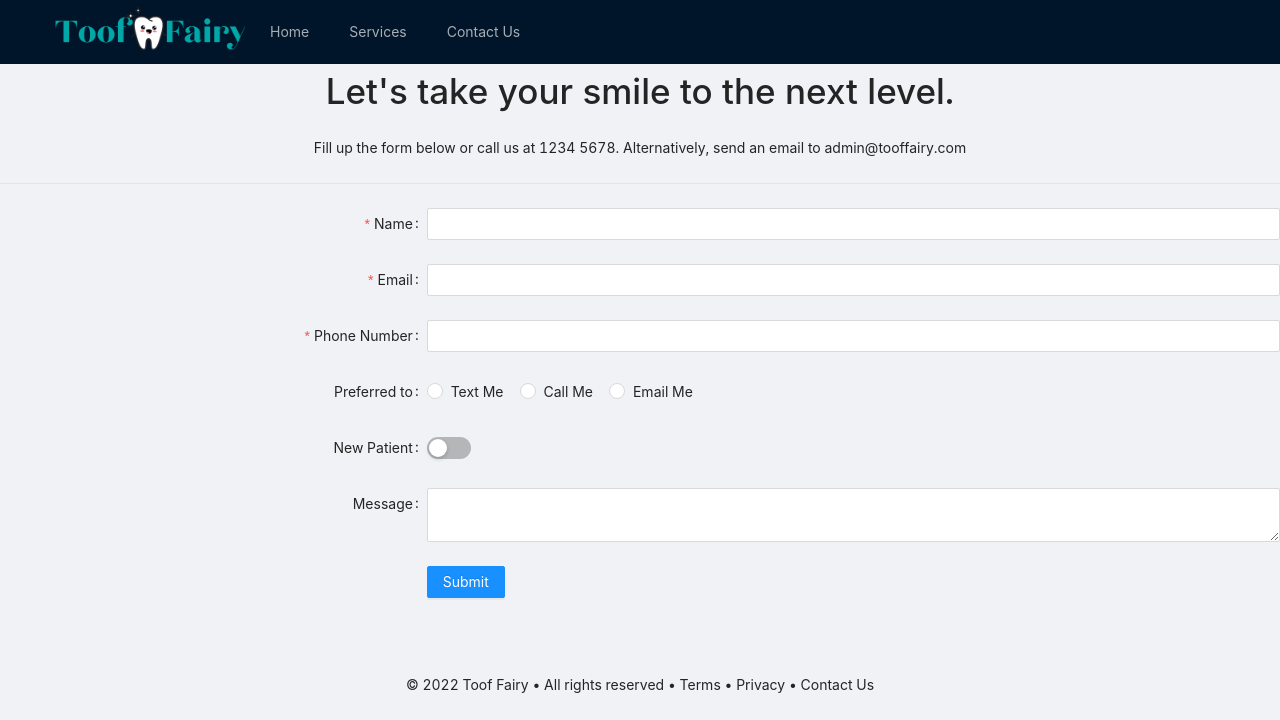
Repository: neldad1/dentist-app
Page: /contact
These files come from the project's save history. The page is drawn as it stood at one moment and after the next save; the edit follows.
The browser window is 1280 px wide. The pictures show the whole page.
The project was rebuilt for these pictures with package versions that can differ from the ones it lists, and the page was loaded fresh each time. Also part of the build but not shown: src/components/Home.jsx, src/components/Services/ToofImg.jsx, src/components/Services/Cosmetic.jsx, src/components/Services/Restorative.jsx, src/components/Services/Preventative.jsx.

Above is the page before, as saved 2022-03-09 23:02:01.

### public/index.html
<!DOCTYPE html>
<html lang="en">
  <head>
    <meta charset="utf-8" />
    <link rel="ico" href="%PUBLIC_URL%/tfLogo512.svg" />
    <meta name="viewport" content="width=device-width, initial-scale=1" />
    <meta name="theme-color" content="#000000" />
    <meta
      name="description"
      content="Web site created using create-react-app"
    />
    <link rel="apple-touch-icon" href="%PUBLIC_URL%/tfLogo192.png" />
    <!--
      manifest.json provides metadata used when your web app is installed on a
      user's mobile device or desktop. See https://developers.google.com/web/fundamentals/web-app-manifest/
    -->
    <link rel="manifest" href="%PUBLIC_URL%/manifest.json" />
    <!--
      Notice the use of %PUBLIC_URL% in the tags above.
      It will be replaced with the URL of the `public` folder during the build.
      Only files inside the `public` folder can be referenced from the HTML.

      Unlike "/favicon.ico" or "favicon.ico", "%PUBLIC_URL%/favicon.ico" will
      work correctly both with client-side routing and a non-root public URL.
      Learn how to configure a non-root public URL by running `npm run build`.
    -->
    <title>Toof Fairy</title>
  </head>
  <body>
    <noscript>You need to enable JavaScript to run this app.</noscript>
    <div id="root"></div>
    <!--
      This HTML file is a template.
      If you open it directly in the browser, you will see an empty page.

      You can add webfonts, meta tags, or analytics to this file.
      The build step will place the bundled scripts into the <body> tag.

      To begin the development, run `npm start` or `yarn start`.
      To create a production bundle, use `npm run build` or `yarn build`.
    -->
  </body>
</html>

### src/App.js
import { BrowserRouter } from 'react-router-dom';
import './App.css';
import 'antd/dist/antd.min.css';
import Navigation from './components/Router/Navigation';
import AppRoutes from './components/Router/AppRoutes';
import { Layout } from 'antd';
import HeaderLogo from './components/HeaderLogo';
const { Header, Footer, Content } = Layout;

function App() {
  return (
    <Layout className="layout">
      <BrowserRouter>
        <Header>
          <HeaderLogo />
          <Navigation />
        </Header>
        <Content>
          <AppRoutes />
        </Content>
      </BrowserRouter>
      <Footer className="footer">
        © 2022 Toof Fairy • All rights reserved • Terms • Privacy • Contact Us
      </Footer>
    </Layout>
  );
}

export default App;

### src/App.css
h1 {
  font-size: 2.5em;
}

.layout {
  height: 100vh;
  width: 100vw;
  text-align: center;
}

.navigation {
  background-color: inherit;;
}

.logo {
  width: 200px;
  height: 50px;
  float: left;
  margin-top: 4px;
}

.footer {
  color: white;
}

.intro-wrapper {
  text-align: center;
}

.home {
  width: 100%;
  height: 100%;
  display: flex;
  justify-content: center;
  align-items: center;
  background-image: url('/public/cropped.jpg');
  background-size: cover;
  background-repeat: no-repeat;
}

.content-wrapper {
  width: 50%;
  font-family: 'Segoe UI', sans-serif;
  margin-left: 10em;
  color: whitesmoke;
  display: block;
}
.tagline1 {
  font-weight: bolder;
  font-size: 2em;
  margin: 0;
  line-height: 1;
}

.contact-form {
  text-align: left;
}

.main-content {
  width: 75%;
  overflow-y: scroll;
  display: block;
  margin: 3em auto;
  @media only screen and (max-width: 768px) {
    width: 100%;
    margin: 0.5em;
  }
}

.service-info {
  display: flex;
  text-align: left;
  margin-bottom: 1em;
  align-items: center;
}

.service-definition {
  margin-left: 1.5em;
}

### src/components/Router/Navigation.jsx
import { Link } from 'react-router-dom';
import { Menu } from 'antd';
const { SubMenu } = Menu;

const Navigation = () => {
  return (
    <Menu mode="horizontal" theme="dark">
      <Menu.Item key="home">
        <span>Home</span>
        <Link to="/" />
      </Menu.Item>
      <SubMenu key="subMenu" title="Services">
        <Menu.Item key="cosmetic">
          <span>Cosmetic</span>
          <Link to="/cosmetic" />
        </Menu.Item>
        <Menu.Item key="restore">
          <span>Restorative</span>
          <Link to="/restorative" />
        </Menu.Item>
        <Menu.Item key="prevent">
          <span>Preventative</span>
          <Link to="/preventative" />
        </Menu.Item>
      </SubMenu>
      <Menu.Item key="contact">
        <span>Contact Us</span>
        <Link to="/contact" />
      </Menu.Item>
    </Menu>
  );
};

export default Navigation;

### src/components/Router/AppRoutes.jsx
import { Route, Routes } from 'react-router-dom';
import Home from '../Home';
import Contact from '../Contact';
import Cosmetic from '../Services/Cosmetic';
import Restorative from '../Services/Restorative';
import Preventative from '../Services/Preventative';

const AppRoutes = () => {
  return (
    <Routes>
      <Route exact path="/" element={<Home />} />
      <Route path="/cosmetic" element={<Cosmetic />} />
      <Route path="/restorative" element={<Restorative />} />
      <Route path="/preventative" element={<Preventative />} />
      <Route path="/contact" element={<Contact />} />
    </Routes>
  );
};

export default AppRoutes;

### src/components/HeaderLogo.jsx
import { Link } from 'react-router-dom';

const HeaderLogo = () => {
  return (
    <Link to="/">
      <img className="logo" src={require('../tfLogo.png')} alt="TF" />
    </Link>
  );
};

export default HeaderLogo;

### src/components/Contact.jsx
import { Form, Input, Button, Switch, Radio, Divider } from 'antd';

const layout = {
  labelCol: {
    span: 8,
  },
  wrapperCol: {
    span: 16,
  },
};

/* eslint-disable no-template-curly-in-string */

const validateMessages = {
  required: '${label} is required!',
  types: {
    email: '${label} is not a valid email!',
    number: '${label} is not a valid number!',
  },
  number: {
    len: '${label} must have 10 numbers',
  },
};
/* eslint-enable no-template-curly-in-string */

const Contact = () => {
  const onFinish = (values) => {
    console.log(values);
  };

  return (
    <div>
      <div>
        <h1>Let's take your smile to the next level.</h1>
        <p>
          Fill up the form below or call us at 1234 5678. Alternatively, send an
          email to admin@tooffairy.com
        </p>
      </div>
      <Divider />
      <Form
        className="contact-form"
        {...layout}
        name="nest-messages"
        onFinish={onFinish}
        validateMessages={validateMessages}
      >
        <Form.Item
          name={['user', 'name']}
          label="Name"
          rules={[
            {
              required: true,
            },
          ]}
        >
          <Input />
        </Form.Item>
        <Form.Item
          name={['user', 'email']}
          label="Email"
          rules={[
            {
              type: 'email',
              required: true,
            },
          ]}
        >
          <Input />
        </Form.Item>
        <Form.Item
          name="phone"
          label="Phone Number"
          rules={[
            {
              required: true,
              len: 10,
            },
          ]}
        >
          <Input
            type="number"
            controls={false}
            style={{
              width: '100%',
            }}
          />
        </Form.Item>
        <Form.Item name="radio-group" label="Preferred to:">
          <Radio.Group>
            <Radio value="a">Text Me</Radio>
            <Radio value="b">Call Me</Radio>
            <Radio value="c">Email Me</Radio>
          </Radio.Group>
        </Form.Item>
        <Form.Item name="switch" label="New Patient:" valuePropName="checked">
          <Switch />
        </Form.Item>
        <Form.Item name={['user', 'Message']} label="Message">
          <Input.TextArea />
        </Form.Item>
        <Form.Item wrapperCol={{ ...layout.wrapperCol, offset: 8 }}>
          <Button type="primary" htmlType="submit">
            Submit
          </Button>
        </Form.Item>
      </Form>
    </div>
  );
};

export default Contact;

Loaded but not shown: src/index.js (common file); src/index.css (common file); src/reportWebVitals.js (common file)

After the next save:
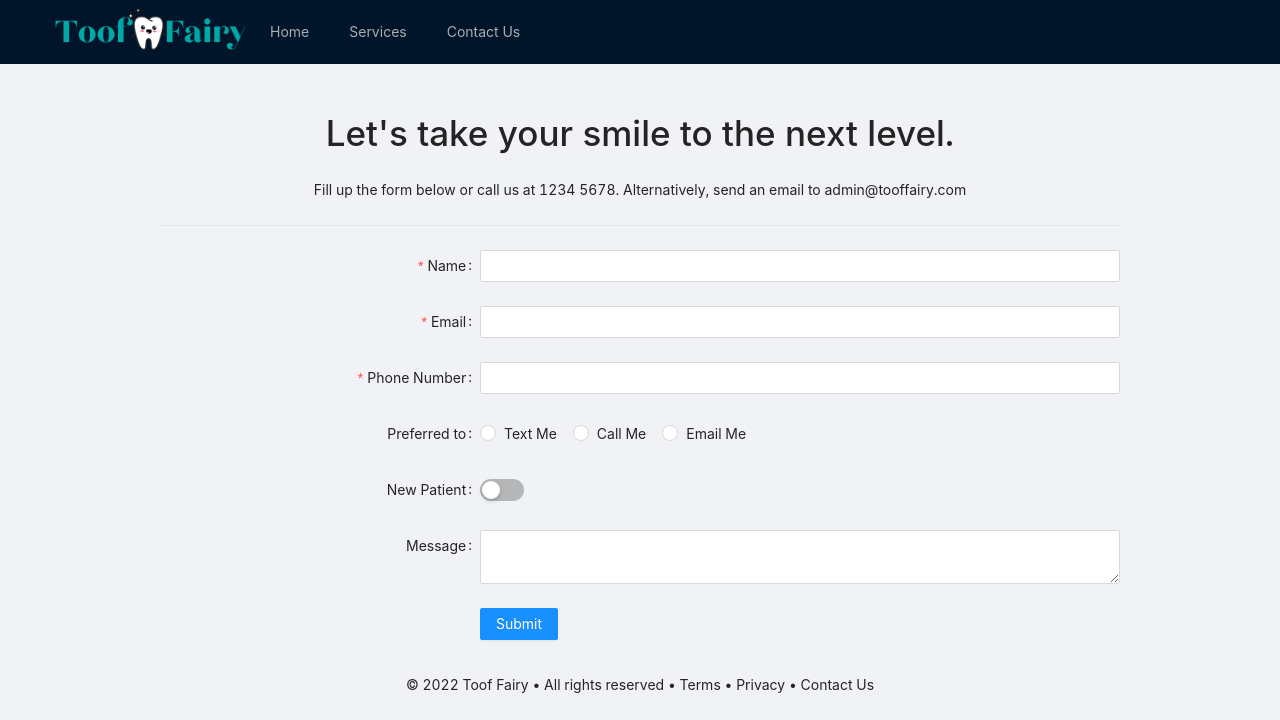
Saved 23 s later.
--- a/src/components/Contact.jsx
+++ b/src/components/Contact.jsx
@@ -29,7 +29,7 @@ const Contact = () => {
   };
 
   return (
-    <div>
+    <div className="main-content">
       <div>
         <h1>Let's take your smile to the next level.</h1>
         <p>
